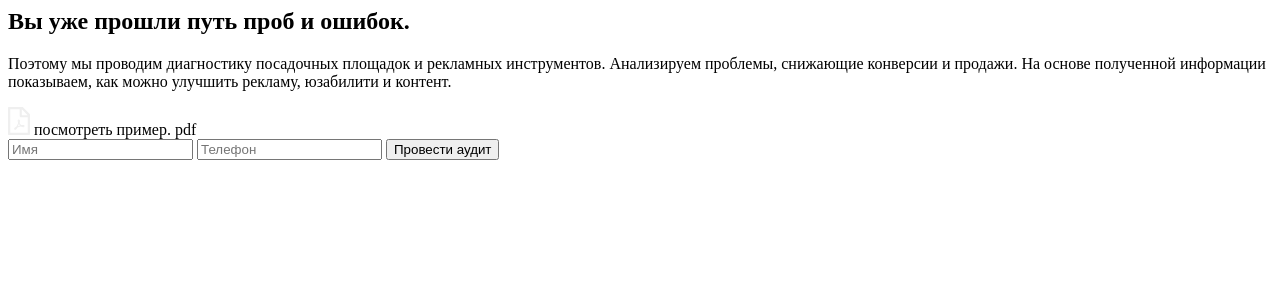
Repository: the-ASAP/AsapVerstka
Page: src/components/analytics.html
The author's editor kept a copy of each file at every save. The page is drawn from the files as they stood at one save, then again after the next save.
The browser window is 1280 px wide. The pictures show the whole page.

Above is the page before, as saved 2021-08-10 10:14:32.

### src/components/analytics.html
<section class="analytics">
    <div class="analytics__info">
        <div class="analytics__helper">
            <h2 class="analytics__title">
                Вы уже прошли путь проб и ошибок.
            </h2>
            <p class="analytics__subtitle">
                Поэтому мы проводим диагностику посадочных площадок и рекламных инструментов. Анализируем проблемы, снижающие конверсии и продажи. На основе полученной информации показываем, как можно улучшить рекламу, юзабилити и контент.
            </p>
            <div class="analytics__download">
                <svg class="analytics__icon" width="22" height="28" viewBox="0 0 22 28" fill="none" xmlns="http://www.w3.org/2000/svg">
                    <path d="M11.6031 15.95L11.6125 15.9062C11.7937 15.1594 12.0219 14.2281 11.8438 13.3844C11.725 12.7188 11.2344 12.4594 10.8156 12.4406C10.3219 12.4187 9.88125 12.7 9.77188 13.1094C9.56563 13.8594 9.75 14.8844 10.0875 16.1906C9.6625 17.2031 8.98438 18.675 8.4875 19.55C7.5625 20.0281 6.32187 20.7656 6.1375 21.6969C6.1 21.8687 6.14375 22.0875 6.24687 22.2844C6.3625 22.5031 6.54688 22.6719 6.7625 22.7531C6.85625 22.7875 6.96875 22.8156 7.1 22.8156C7.65 22.8156 8.54062 22.3719 9.72812 20.3344C9.90937 20.275 10.0969 20.2125 10.2781 20.15C11.1281 19.8625 12.0094 19.5625 12.8062 19.4281C13.6875 19.9 14.6906 20.2031 15.3719 20.2031C16.0469 20.2031 16.3125 19.8031 16.4125 19.5625C16.5875 19.1406 16.5031 18.6094 16.2188 18.325C15.8062 17.9188 14.8031 17.8125 13.2406 18.0063C12.4719 17.5375 11.9688 16.9 11.6031 15.95ZM8.175 20.6969C7.74063 21.3281 7.4125 21.6437 7.23438 21.7812C7.44375 21.3969 7.85313 20.9906 8.175 20.6969ZM10.9125 13.3375C11.075 13.6156 11.0531 14.4563 10.9281 14.8813C10.775 14.2594 10.7531 13.3781 10.8438 13.275C10.8687 13.2781 10.8906 13.2969 10.9125 13.3375ZM10.8625 17.1031C11.1969 17.6812 11.6188 18.1781 12.0844 18.5469C11.4094 18.7 10.7937 18.9531 10.2437 19.1781C10.1125 19.2313 9.98438 19.2844 9.85938 19.3344C10.275 18.5813 10.6219 17.7281 10.8625 17.1031ZM15.725 19.15C15.7281 19.1562 15.7312 19.1656 15.7125 19.1781H15.7062L15.7 19.1875C15.675 19.2031 15.4187 19.3531 14.3156 18.9188C15.5844 18.8594 15.7219 19.1469 15.725 19.15ZM21.7062 7.01875L14.9813 0.29375C14.7938 0.10625 14.5406 0 14.275 0H1C0.446875 0 0 0.446875 0 1V27C0 27.5531 0.446875 28 1 28H21C21.5531 28 22 27.5531 22 27V7.72812C22 7.4625 21.8937 7.20625 21.7062 7.01875ZM19.6938 8.1875H13.8125V2.30625L19.6938 8.1875ZM19.75 25.75H2.25V2.25H11.6875V9C11.6875 9.3481 11.8258 9.68194 12.0719 9.92808C12.3181 10.1742 12.6519 10.3125 13 10.3125H19.75V25.75Z" fill="#EFEFEF"/>
                </svg>
                <a download="/" class="analytics__download__button">посмотреть пример. pdf</a>
            </div>
        </div>

        <div class="form">
            <input type="text" class="form__inputName" placeholder="Имя"/>
            <input type="text" class="form__inputPhone" placeholder="Телефон"/>
            <button type="submit" class="form__inputSubmit">Провести аудит</button>
        </div>
    </div>
    <!-- <h2 class="CarouselText">АНАЛИТИКА И</h2> -->
</section>

After the next save:
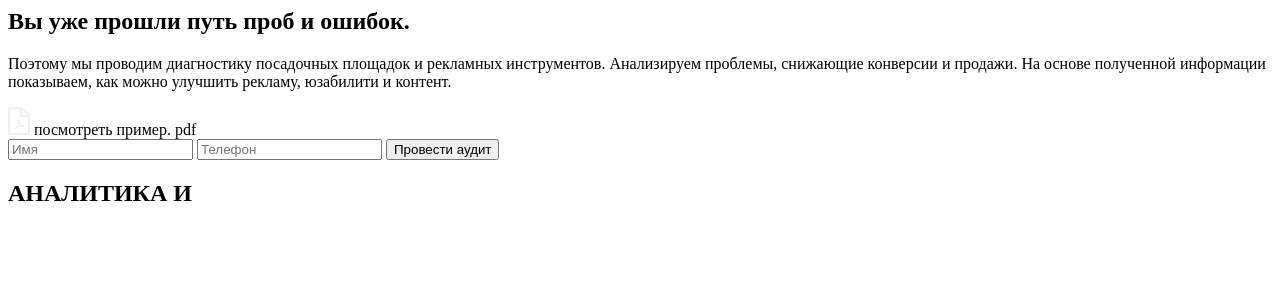
Saved 71 s later.
--- a/src/components/analytics.html
+++ b/src/components/analytics.html
@@ -21,5 +21,5 @@
             <button type="submit" class="form__inputSubmit">Провести аудит</button>
         </div>
     </div>
-    <!-- <h2 class="CarouselText">АНАЛИТИКА И</h2> -->
+    <h2 class="CarouselText">АНАЛИТИКА И</h2>
 </section>
